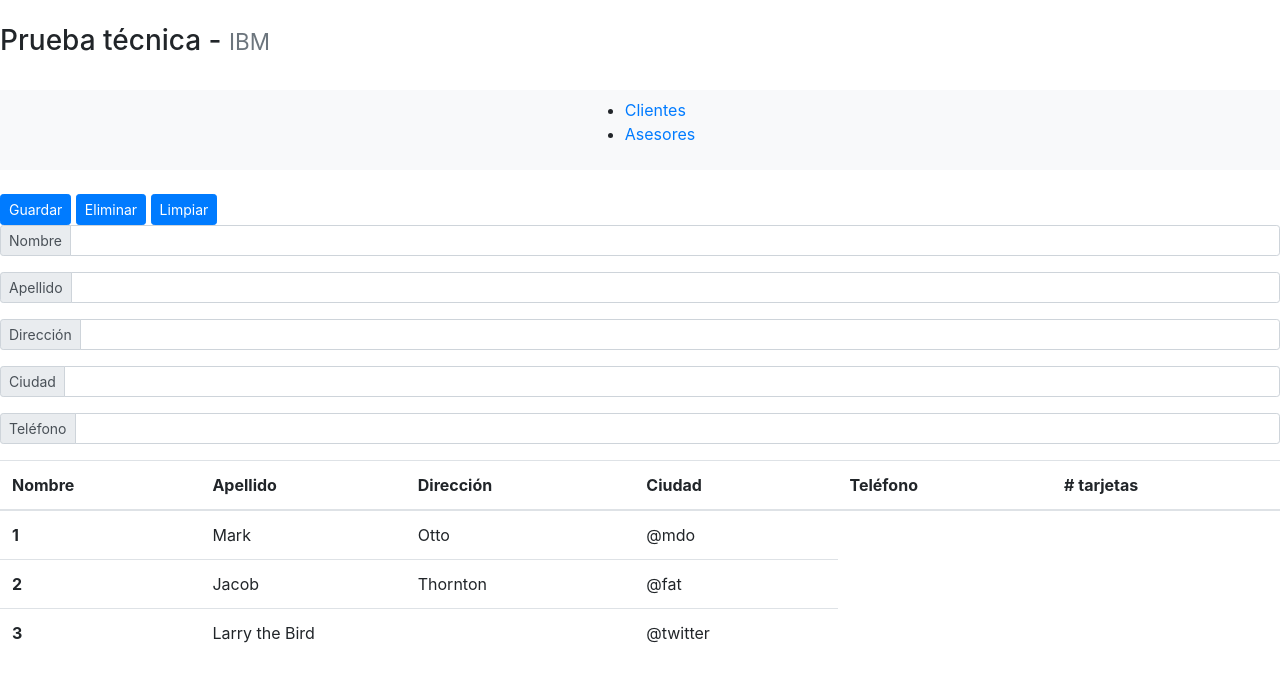
Repository: analozano16/ibm
Page: prueba_banco_war/src/main/webapp/index.html
An editor plug-in stored every save of this project. The page is shown before and after the next save, followed by the edit.
The browser window is 1280 px wide. The pictures show the whole page.
Some web libraries are served in a nearby version.

Above is the page before, as saved 2020-02-02 20:21:42.

### prueba_banco_war/src/main/webapp/index.html
<!DOCTYPE html>
<html ng-app="Clientes">
<head>
	<title>Prueba</title>
	<meta charset="utf-8" />
	<!-- angular -->
	<script src="https://ajax.googleapis.com/ajax/libs/angularjs/1.7.9/angular.min.js"></script>
	<!-- controlador -->
	<script type="text/javascript" src="app.js"></script>
	<!-- bootstrap -->
	<link rel="stylesheet" href="https://stackpath.bootstrapcdn.com/bootstrap/4.3.1/css/bootstrap.min.css" integrity="sha384-ggOyR0iXCbMQv3Xipma34MD+dH/1fQ784/j6cY/iJTQUOhcWr7x9JvoRxT2MZw1T" crossorigin="anonymous">

</head>
<body>
<br/>
<h3>
  Prueba técnica -
  <small class="text-muted"> IBM</small>
</h3>
<br/>
<nav class="navbar navbar-expand-sm bg-light justify-content-center">
  <ul>
    <li><a href="/modules/clientes/Clientes.html">Clientes</a></li>
     <li><a href="#">Asesores</a></li>
  </ul>
</nav>


<br/>
<button type="button" class="btn btn-primary btn-sm">Guardar</button>
<button type="button" class="btn btn-primary btn-sm">Eliminar</button>
<button type="button" class="btn btn-primary btn-sm">Limpiar</button>

<br/>
<div class="input-group input-group-sm mb-3">
  <div class="input-group-prepend">
    <span class="input-group-text" id="inputGroup-sizing-sm">Nombre</span>
  </div>
  <input type="text" class="form-control" aria-label="Small" aria-describedby="inputGroup-sizing-sm">
</div>


<div class="input-group input-group-sm mb-3">
  <div class="input-group-prepend">
    <span class="input-group-text" id="inputGroup-sizing-sm">Apellido</span>
  </div>
  <input type="text" class="form-control" aria-label="Small" aria-describedby="inputGroup-sizing-sm">
</div>
<div class="input-group input-group-sm mb-3">
  <div class="input-group-prepend">
    <span class="input-group-text" id="inputGroup-sizing-sm">Dirección</span>
  </div>
  <input type="text" class="form-control" aria-label="Small" aria-describedby="inputGroup-sizing-sm">
</div>
<div class="input-group input-group-sm mb-3">
  <div class="input-group-prepend">
    <span class="input-group-text" id="inputGroup-sizing-sm">Ciudad</span>
  </div>
  <input type="text" class="form-control" aria-label="Small" aria-describedby="inputGroup-sizing-sm">
</div>
<div class="input-group input-group-sm mb-3">
  <div class="input-group-prepend">
    <span class="input-group-text" id="inputGroup-sizing-sm">Teléfono</span>
  </div>
  <input type="text" class="form-control" aria-label="Small" aria-describedby="inputGroup-sizing-sm">
</div>


<table class="table table-hover">
  <thead>
    <tr>
      <th scope="col">Nombre</th>
      <th scope="col">Apellido</th>
      <th scope="col">Dirección</th>
      <th scope="col">Ciudad</th>
      <th scope="col">Teléfono</th>
      <th scope="col"># tarjetas</th>
    </tr>
  </thead>
  <tbody>
    <tr>
      <th scope="row">1</th>
      <td>Mark</td>
      <td>Otto</td>
      <td>@mdo</td>
    </tr>
    <tr>
      <th scope="row">2</th>
      <td>Jacob</td>
      <td>Thornton</td>
      <td>@fat</td>
    </tr>
    <tr>
      <th scope="row">3</th>
      <td colspan="2">Larry the Bird</td>
      <td>@twitter</td>
    </tr>
  </tbody>
</table>
</body>
</html>

### prueba_banco_war/src/main/webapp/app.js
var app = angular.module("Clientes",[]);

app.controller("ClienteController", function($scope){

});

After the next save:
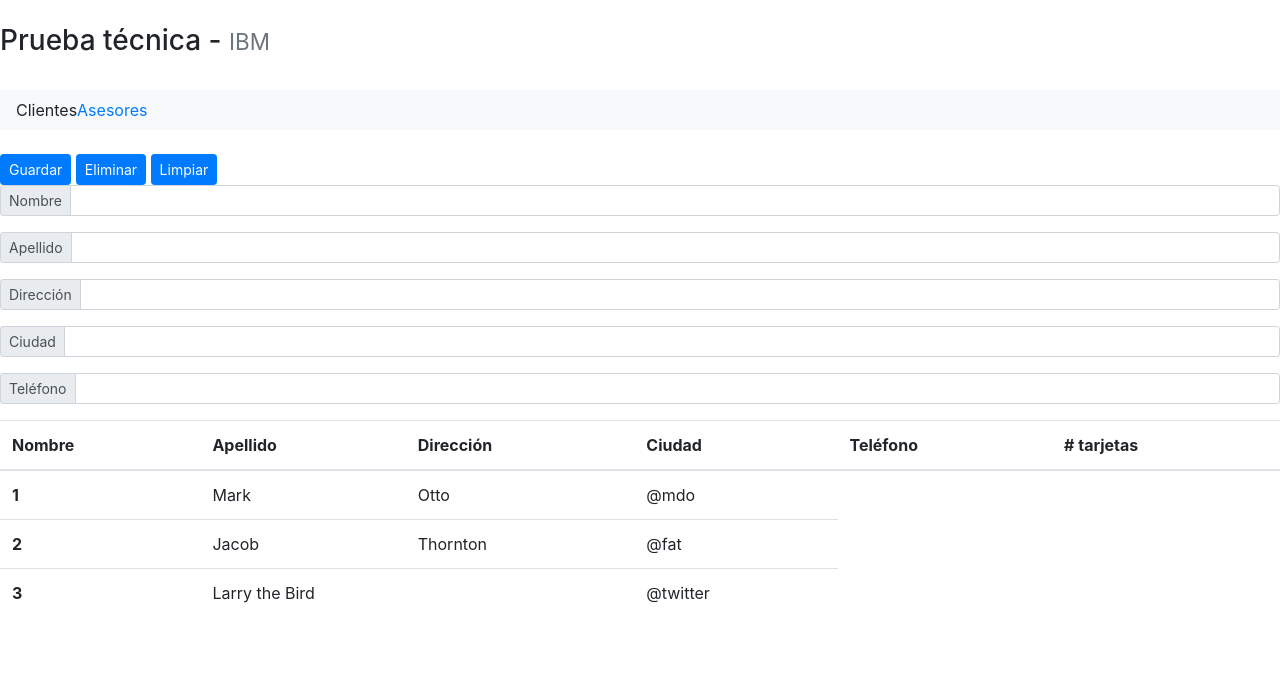
Saved 90 s later.
--- a/prueba_banco_war/src/main/webapp/index.html
+++ b/prueba_banco_war/src/main/webapp/index.html
@@ -19,8 +19,8 @@
 </h3>
 <br/>
 <nav class="navbar navbar-expand-sm bg-light justify-content-center">
-  <ul>
-    <li><a href="/modules/clientes/Clientes.html">Clientes</a></li>
+  <ul class="navbar-nav mr-auto">
+      <li class="nav-item active">Clientes</a></li>
      <li><a href="#">Asesores</a></li>
   </ul>
 </nav>
